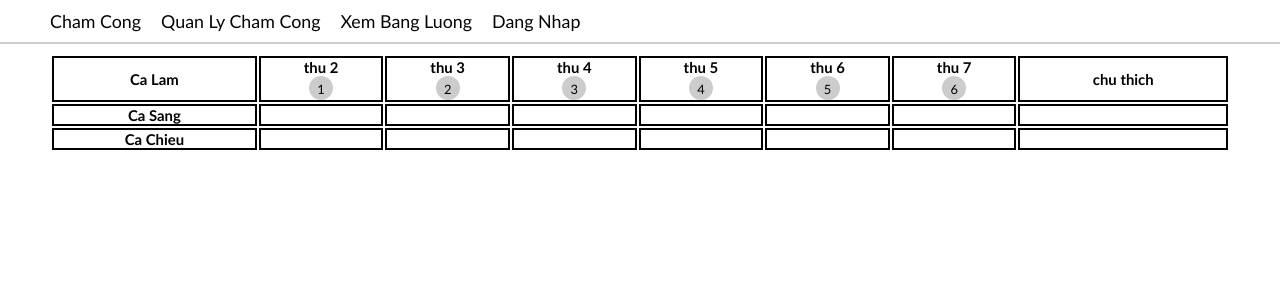
Repository: LDDUNG2003/a
Page: index.html
An editor plug-in stored every save of this project. The page is shown before and after the next save, followed by the edit.
The browser window is 1280 px wide. The pictures show the whole page.

Above is the page before, as saved 2023-10-14 20:22:54.

### index.html
<!DOCTYPE html>
<html lang="en">

<head>
    <meta charset="UTF-8">
    <meta name="viewport" content="width=device-width, initial-scale=1.0">
    <title>trang chu</title>
    <link rel="stylesheet" href="./controlView/css/base.css">
    <link rel="stylesheet" href="./controlView/css/index.css">
</head>

<body>
    <div class="main">
        <!-- start header -->
        <header class="app__header">
            <nav class="navBar">
                <ul class="navBar-list">
                    <li class="navBar--items"><a href="" class="navbar--link">Cham cong</a></li>
                    <li class="navBar--items"><a href="" class="navbar--link">Quan ly cham cong</a></li>
                    <li class="navBar--items">
                        <a href="" class="navbar--link">Xem bang luong</a></li>
                    <!-- login  -->
                    <li class="navBar--items">
                        <a href="./login.html" class="navbar--link">dang nhap</a></li>
                    <!-- admin menu -->
                    <!-- <li class="navBar--items">
                        admin
                        <ul class="account-list">
                            <li class="account--item"><a href="" class="navbar--link">admin</a></li>
                            <li class="account--item"><a href="" class="navbar--link">quan li nhan su</a></li>
                            <li class="account--item"><a href="" class="navbar--link">dang xuat</a></li>
                        </ul>
                    </li> -->
                    <!-- personnel menu -->
                    <!-- <li class="navBar--items">
                        account name
                        <ul class="account-list">
                            <li class="account--item"><a href="" class="navbar--link">cai dat tai khoan</a></li>
                            <li class="account--item"><a href="" class="navbar--link">dang ki ca lam</a></li>
                            <li class="account--item"><a href="" class="navbar--link">dang xuat</a></li>
                        </ul>
                    </li> -->
                </ul>
            </nav>
        </header>
        <!-- end header -->

        <!-- start content -->
        <div class="app__content">
            <div class="content-date--show">
                <div class="date-show">
                    <time datetime="2023-01-01"></time>
                </div>
            </div>
            <table class="content-table">
                <tr class="table--row">
                    <th class="table--item-impotain">Ca Lam</th>
                    <th class="table--item">thu 2
                        <span class="table-date--item">1</span>
                    </th>
                    <th class="table--item">thu 3
                        <span class="table-date--item">2</span>
                    </th>
                    <th class="table--item">thu 4
                        <span class="table-date--item">3</span>
                    </th>
                    <th class="table--item">thu 5
                        <span class="table-date--item">4</span>
                    </th>
                    <th class="table--item">thu 6
                        <span class="table-date--item">5</span>
                    </th>
                    <th class="table--item">thu 7
                        <span class="table-date--item">6</span>
                    </th>
                    <th class="table--item">chu thich</th>
                </tr>
                <tr class="table--row">
                    <th class="table--item-impotain">Ca sang</th>
                    <th class="table--item"></th>
                    <th class="table--item"></th>
                    <th class="table--item"></th>
                    <th class="table--item"></th>
                    <th class="table--item"></th>
                    <th class="table--item"></th>
                    <th class="table--item"></th>
                </tr>
                <tr class="table--row">
                    <th class="table--item-impotain">Ca chieu</th>
                    <th class="table--item"></th>
                    <th class="table--item"></th>
                    <th class="table--item"></th>
                    <th class="table--item"></th>
                    <th class="table--item"></th>
                    <th class="table--item"></th>
                    <th class="table--item"></th>
                </tr>
            </table>
        </div>
        <!-- end content -->
    </div>
</body>

</html>

### controlView/css/base.css
:root {
    --primary-color: #0066cc;
    --text-color: #040404;
}

* {
    padding: 0px;
    margin: 0px;
    font-family: 'Trebuchet MS', 'Lucida Sans Unicode', 'Lucida Grande', 'Lucida Sans', Arial, sans-serif;
}

html,
body {
    font-size: 0.62rem;
}

.main {}

.app__header {
    width: 100%;
    border-bottom: solid 2px #ccc;
    background-color: #fff;
}

.navBar {
    width: 100%;
    max-width: 1200px;
    margin: auto;
    cursor: pointer;
}

.navBar-list {
    display: flex;
    list-style: none;
}

.navBar--items {
    padding: 10px 10px;
    font-size: 1.8rem;
    position: relative;
    text-transform: capitalize;
    color: var(--text-color);
}

.navBar--items::after {
    content: '';
    padding-top: 5px;
    top: 80%;
    left: 10px;
    display: none;
    /* width: 0px; */
    background-color: var(--primary-color);
    position: absolute;
    width: 70px;
}

.navBar--items:hover .navBar--items::after {
    display: block;
}

.navbar--link {
    text-decoration: none;
    color: inherit;
}

.account-list {
    position: absolute;
    width: 150px;
    display: none;
    list-style: none;
    padding: 4px;
    color: var(--text-color);
    top: 100%;
    left: 0px;
    box-shadow: #414141;
    background-color: white;
}

.navBar--items:hover .account-list {
    display: block;
}

.account--item {
    padding: 5px 0px;
    border-bottom: solid 1px #ccc;
}

### controlView/css/index.css
.app__content {
    width: 100%;
    max-width: 1200px;
    margin: auto;
}

.content-table {
    padding: 10px;
    width: 100%;
    font-size: 1.5rem;
}

.table--row {}

.table--item {
    border: solid 2px #000;
    align-items: center;
}

.table--item-impotain {
    border: solid 2px #000;
    text-transform: capitalize;
}

.table-date--item {
    display: block;
    font-weight: 300;
    background-color: #ccc;
    font-size: 1.3rem;
    width: 14px;
    height: 14px;
    padding: 5px;
    border-radius: 50%;
    margin: auto;
}

After the next save:
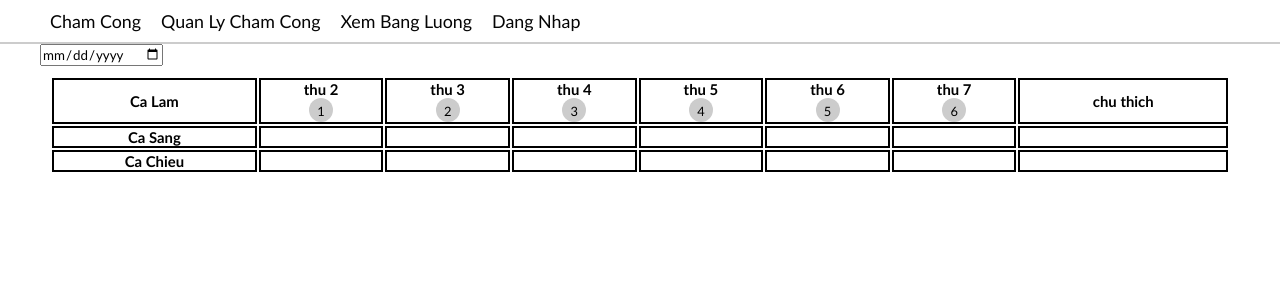
Saved 42 s later.
--- a/index.html
+++ b/index.html
@@ -49,7 +49,7 @@
         <div class="app__content">
             <div class="content-date--show">
                 <div class="date-show">
-                    <time datetime="2023-01-01"></time>
+                    <input type="date" name="" id="">
                 </div>
             </div>
             <table class="content-table">
